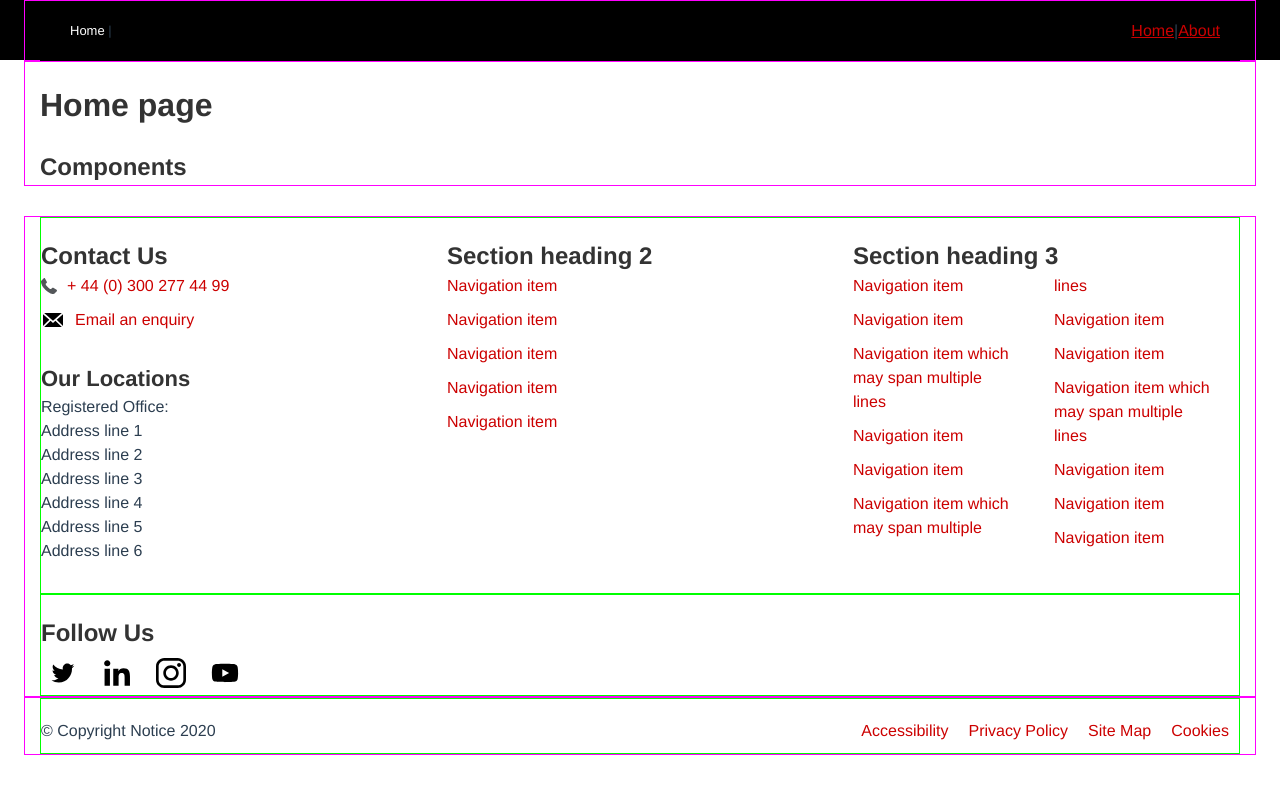
Repository: DaveBaulch/spa
Page: /
An editor plug-in stored every save of this project. The page is shown before and after the next save, followed by the edit.
The browser window is 1280 px wide. The pictures show the whole page.
The project was rebuilt for these pictures with package versions that can differ from the ones it lists, and the page was loaded fresh each time. Also part of the build but not shown: src/assets/styles/main.css.

Above is the page before, as saved 2020-10-13 12:26:33.

### src/App.vue
<template>
  <div id="app">

    <TheHeader @sidenavToggle="displaySidenav = !displaySidenav" />
    <TheSidenav
      :show="displaySidenav"
      @close="displaySidenav = false" />
    <nuxt/>

    <router-view />

    <TheFooter />

  </div>
</template>

<script>
import TheHeader from './components/global/TheHeader.vue';
import TheSidenav from '@/components/global/TheSidenav'
import TheFooter from '@/components/global/TheFooter'

export default {
  components: {
    TheHeader,
    TheSidenav,
    TheFooter
  },
  data() {
    return {
      displaySidenav: false
    }
  }
};
</script>

<style lang="scss">
#app {
  font-family: Avenir, Helvetica, Arial, sans-serif;
  -webkit-font-smoothing: antialiased;
  -moz-osx-font-smoothing: grayscale;
  text-align: left;
  color: #2c3e50;
}

#nav {
  padding: 30px;

  a {
    font-weight: bold;
    color: #2c3e50;

    &.router-link-exact-active {
      color: #42b983;
    }
  }
}
</style>

### src/assets/sass/_base-styles.scss

@import 'utilities/variables';
@import 'utilities/mixins';
@import 'utilities/animations';

@import 'base/fonts';
@import 'base/resets';
@import 'base/elements';
@import 'base/typography';
@import 'base/forms';

@import 'helpers/text';
@import 'helpers/layout';
@import 'helpers/spacing';
@import 'helpers/colors';

### src/components/global/TheHeader.vue
<template>
<div class="header-container">
  <div class="container">
    <header class="the-header">
      <TheSideNavToggle @toggle="$emit('sidenavToggle')" />
      <div class="logo">
        <router-link to="/">Home</router-link> |
      </div>
      <div class="navigation-items">
        <ul class="nav-list">
          <router-link to="/">Home</router-link> |
          <router-link to="/about">About</router-link>
        </ul>
      </div>
    </header>
  </div>
</div>
</template>

<script>
import TheSideNavToggle from "@/components/global/TheSideNavToggle";

export default {
  name: "TheHeader",
  components: {
    TheSideNavToggle
  }
};
</script>

<style scoped lang="scss">
@import '../../assets/sass/utilities/_variables.scss';
@import '../../assets/sass/utilities/_mixins.scss';


.header-container {
  width: 100%;
  height: 60px;
  background-color: $black;
  position: fixed;
  z-index: 100;

  @include breakpoint(md) {
    position: relative;
  }
}

.the-header {
  width: 100%;
  height: 60px;
  display: flex;
  justify-content: space-between;
  align-items: center;
  background-color: $black;
  box-sizing: border-box;
  padding: 0 20px;
}

@include breakpoint(md) {
  .the-header {
    position: relative;
  }
}

.logo {
  margin: 0 10px;
  font-size: 1.3rem;
}

.logo a {
  text-decoration: none;
  color: $white;
}

.navigation-items {
  display: none;
}

@include breakpoint(md) {
  .navigation-items {
    display: block;
  }
}

.nav-list {
  list-style: none;
  padding: 0;
  margin: 0;
  display: flex;
}

.nav-item {
  margin: 0 10px;
}

.nav-item a {
  text-decoration: none;
  color: $white;
}

</style>

### src/components/global/TheSidenav.vue
<template>
<div class="sidenav-container">
  <div
    v-if="show"
    class="sidenav-backdrop"
    @click="$emit('close')"></div>
  <transition name="slide-side">
    <div
      v-if="show"
      class="sidenav">
      <ul
        class="nav-list"
        @click="$emit('close')">
        <li class="nav-item"><router-link to="/">Home</router-link></li>
        <li class="nav-item"><router-link to="/about">About</router-link></li>
      </ul>
    </div>
  </transition>
</div>
</template>

<script>
export default {
  name: "TheSidenav",
  props: {
    show: {
      type: Boolean,
      default: false
    }
  }
};
</script>


<style scoped>
.sidenav-container {
  height: 100%;
  width: 100%;
}

.sidenav-backdrop {
  width: 100%;
  height: 100%;
  background-color: rgba(0, 0, 0, 0.7);
  z-index: 1000;
  position: fixed;
  top: 0;
  left: 0;
}

.sidenav {
  height: 100%;
  width: 300px;
  background-color: white;
  z-index: 10000;
  position: fixed;
  top: 0;
  left: 0;
  box-sizing: border-box;
  padding: 30px;
}

.slide-side-enter-active,
.slide-side-leave-active {
  transition: all 0.3s ease-out;
}
.slide-side-enter,
.slide-side-leave-to {
  transform: translateX(-100%);
}

.nav-list {
  list-style: none;
  padding: 0;
  margin: 0;
}

.nav-item {
  margin: 20px 0;
}

.nav-item a {
  text-decoration: none;
  color: black;
  font-size: 1.5rem;
}

.nav-item a:hover,
.nav-item a:active {
  color: red;
}
</style>

### src/components/global/TheFooter.vue
<template>
    <div class="footer-wrapper">

      <footer class="footer" id="footer" role="contentinfo">

        <div class="container">

          <div class="row">

            <div class="footer__col footer__col--1">

              <div class="footer__sub1">
                <h2>Contact Us</h2>

                <nav aria-label="Contact items">

                  <ul class="footer-nav">

                    <li class="footer-nav__item">
                      <img src="@/assets/images/svg/icon-phone.svg" class="footer-nav__item-icon" />
                      <a href="tel:+44(0)3002774499" class="footer-nav__link">+ 44 (0) 300 277 44 99</a>
                    </li>

                    <li class="footer-nav__item">
                      <img src="@/assets/images/svg/icon-mail.svg" class="footer-nav__item-icon" />
                      <a href="mailto:" class="footer-nav__link">Email an enquiry</a>
                    </li>

                  </ul>

                </nav>

              </div>

              <div class="footer__sub2">
                <h3>Our Locations</h3>
                Registered Office:<br>
                Address line 1<br>
                Address line 2<br>
                Address line 3<br>
                Address line 4<br>
                Address line 5<br>
                Address line 6<br>
              </div>

            </div>

            <div class="footer__col footer__col--2">

              <h2>Section heading 2</h2>
              <nav aria-label="Section heading 2 Navigation">
                <ol class="footer-nav">
                  <li class="footer-nav__item">
                    <a href="" class="footer-nav__link">Navigation item</a>
                  </li>
                  <li class="footer-nav__item">
                    <a href="" class="footer-nav__link">Navigation item</a>
                  </li>
                  <li class="footer-nav__item">
                    <a href="" class="footer-nav__link">Navigation item</a>
                  </li>
                  <li class="footer-nav__item">
                    <a href="" class="footer-nav__link">Navigation item</a>
                  </li>
                  <li class="footer-nav__item">
                    <a href="" class="footer-nav__link">Navigation item</a>
                  </li>
                </ol>
              </nav>

            </div>

            <div class="footer__col footer__col--3">

              <h2>Section heading 3</h2>
              <nav aria-label="Section heading 3 Navigation">
                <ol class="footer-nav footer-nav--2col">
                  <li class="footer-nav__item">
                    <a href="" class="footer-nav__link">Navigation item</a>
                  </li>
                  <li class="footer-nav__item">
                    <a href="" class="footer-nav__link">Navigation item</a>
                  </li>
                  <li class="footer-nav__item">
                    <a href="" class="footer-nav__link">Navigation item which may span multiple lines</a>
                  </li>
                  <li class="footer-nav__item">
                    <a href="" class="footer-nav__link">Navigation item</a>
                  </li>
                  <li class="footer-nav__item">
                    <a href="" class="footer-nav__link">Navigation item</a>
                  </li>
                  <li class="footer-nav__item">
                    <a href="" class="footer-nav__link">Navigation item which may span multiple lines</a>
                  </li>
                  <li class="footer-nav__item">
                    <a href="" class="footer-nav__link">Navigation item</a>
                  </li>
                  <li class="footer-nav__item">
                    <a href="" class="footer-nav__link">Navigation item</a>
                  </li>
                  <li class="footer-nav__item">
                    <a href="" class="footer-nav__link">Navigation item which may span multiple lines</a>
                  </li>
                  <li class="footer-nav__item">
                    <a href="" class="footer-nav__link">Navigation item</a>
                  </li>
                  <li class="footer-nav__item">
                    <a href="" class="footer-nav__link">Navigation item</a>
                  </li>
                  <li class="footer-nav__item">
                    <a href="" class="footer-nav__link">Navigation item</a>
                  </li>
                </ol>
              </nav>

            </div>

          </div>

          <div class="row">

            <TheSocialSharing />

          </div>

        </div>


        <div class="container">

          <div class="row">

            <div class="copyright-notice-wrapper">
              <p class="copyright-notice">&copy; Copyright Notice 2020</p>
            </div>

            <div class="footer-links-wrapper">

              <ul class="footer-links">
                <li class="footer-links__item"><a href="/contact-us/" class="footer-links__link">Accessibility</a></li>
                <li class="footer-links__item"><a href="/privacy-policy/" class="footer-links__link">Privacy Policy</a></li>
                <li class="footer-links__item"><a href="/site-map/" class="footer-links__link">Site Map</a></li>
                <li class="footer-links__item"><a href="/faqs/" class="footer-links__link">Cookies</a></li>
              </ul>

            </div>

          </div>

        </div>

      </footer>

    </div>
</template>

<script>
import TheSocialSharing from '@/components/global/TheSocialSharing.vue';

export default {
  name: "TheFooter",
  components: {
    TheSocialSharing
  }
};
</script>


<style scoped lang="scss">
@import '../../assets/sass/utilities/_variables.scss';
@import '../../assets/sass/utilities/_mixins.scss';

footer-wrapper {
  background-color: $grey-lighter;
}

.footer {
  margin: 0 auto;
  padding: 3rem 0;
}

.footer__col {
  margin: 0 0 2rem 0;
}

.footer__col--1 {
  grid-column: 1 / 13;

  @include breakpoint(sm) {
    grid-column: 1 / 7;
  }

  @include breakpoint(lg) {
    grid-column: 1 / 5;
  }
}

.footer__col--2 {
  grid-column: 1 / 13;

  @include breakpoint(sm) {
   grid-column: 7 / 13;
  }

  @include breakpoint(lg) {
    grid-column: 5 / 9;
  }
}

.footer__col--3 {
  grid-column: 1 / 13;

  @include breakpoint(lg) {
    grid-column: 9 / 13;
  }
}

.footer__sub1 {
  margin: 0 0 3rem 0;
}

.footer__sub2 {
  margin: 0 0 1rem 0;
}

// footer nav lists
.footer-nav {
  margin: 0 auto;
  list-style: none;
}

.footer-nav__item {
  margin: 0 0 1rem 0;
  padding: 0;
  display: flex;
}

.footer-nav__item-icon {
  margin-right: 1rem;
}

.footer-nav__link {
  text-decoration: none;

  &:hover,
  &:focus {
    color: $color-link-hover;
    text-decoration: underline;
  }
}

.footer-nav--2col {

  @include breakpoint(md) {
    column-count: 2;
  }

  .footer-nav__item {
    @include breakpoint(md) {
      padding: 0 2rem 0 0;
    }
  }

  .footer-nav__item-icon {
    margin-right: 1rem;
  }
}

.copyright-notice-wrapper{
  grid-column: 1 / 13;

  @include breakpoint(lg) {
    grid-column: 1 / 4;
  }
}


.footer-links-wrapper {
  grid-column: 1 / 13;

  @include breakpoint(lg) {
    grid-column: 4 / 13;
  }
}

.footer-links {
  margin: 0 auto;
  list-style: none;

  @include breakpoint(lg) {
    display: flex;
    justify-content: flex-end;
    margin-top: 2rem;
  }
}

.footer-links__item {
  margin: 0 1rem 1rem 1rem;
}

.footer-links__link {
  display: block;
  text-decoration: none;

  &:hover,
  &:focus {
    color: $color-link-hover;
    text-decoration: underline;
  }
}

</style>

### src/views/Home.vue
<template>
  <div class="container home">
    <h1>Home page</h1>

    <h2>Components</h2>


  </div>
</template>

<script>
// @ is an alias to /src
// import HelloWorld from "@/components/HelloWorld.vue";

export default {
  name: "Home",
  components: {
    // HelloWorld
  }
};
</script>

### src/assets/sass/utilities/_variables.scss
// -------------------------
// 'true' is default
//  setting this creates extra responsive classes targetting defined breakpoints
//  eg the 'visually-hidden' mixin
$responsive: true !default;

// Custom 'brand' fonts
$font: 'Open Sans', sans-serif; //Available weights 400,600,700

$font-weight-light: 400;
$font-weight-normal: 400;
$font-weight-bold: 700;

// Let's set the base font size to 62.5% (10px) for easier calculations
$base-font-size: 62.5%;
$base-line-height: 1.5 !default;

$body-font-desktop: 1.6rem; // = 16px
$body-font-mobile: 1.6rem; // = 16px

// Breakpoints
// -------------------------

// Named breakpoints
$breakpoint-xs: 320px;
$breakpoint-sm: 576px;
$breakpoint-md: 768px;
$breakpoint-lg: 992px;
$breakpoint-xl: 1200px;

$xs-min: 0;
$xs-max: ($breakpoint-sm - 1);

$sm-min: $breakpoint-sm;
$sm-max: ($breakpoint-md - 1);

$md-min: $breakpoint-md;
$md-max: ($breakpoint-lg - 1);

$lg-min: $breakpoint-lg;
$lg-max: ($breakpoint-xl - 1);

$xl-min: $breakpoint-xl;

// Colors
// -------------------------

// Base colors
$white: #fff;
$black: #000;

$grey-dark: #616161;
$grey-light: #ddd;
$grey-lighter: #eee;

$blue: #06c;
$green: #298700;
$red: #db1731;

// Background color
$body-bg-color: #fff !default;

// Brand colors
$brand-color-1: $grey-light;

// Text colors
$color-text: #333;
$color-headings: #333;
$color-error: #eee;

// Link colors
$color-link-active: #c00;
$color-link-visited: #c00;
$color-link-hover: #333;
$color-link-focus: #d4d4d4;
$color-link-disabled: #d4d4d4;

// Form colors
$color-invalid: #f0dddd;

// Borders
// -------------------------

// Border colors
$color-border: $grey-light;
$color-border-dark: $grey-dark;
$color-border-light: $grey-lighter;

// Border styling
$border-radius: 5px;
$border-width: 1px;
$border-style: solid;
$border-color: $color-border;

$border: $border-width $border-style $border-color;

// Focus state styling
$focus-outline-width: 2px;
$focus-outline-style: solid;
$focus-outline-color: $red;
$focus-outline: $focus-outline-width $focus-outline-style $focus-outline-color;
$focus-outline-offset: 0;

// Default projext transitions
$transition-speed: 0.4s;
$transition-easing: ease;

// some different speed variables
$transition-speed-slow: 1.2s;
$transition-speed-medium: 0.8s;
$transition-speed-fast: 0.2s;

// z-index scale (private vars)
// Do not edit the z-index scale!
// --------------------------------------------------
$z-index-1: 100;
$z-index-2: 200;
$z-index-3: 300;
$z-index-4: 400;
$z-index-5: 500;
$z-index-6: 600;
$z-index-7: 700;
$z-index-8: 800;
$z-index-9: 900;
$z-index-10: 1000;

### src/assets/sass/utilities/_mixins.scss
@mixin fill {
  width: 100%;
  height: 100%;
}

@mixin imageCover {
  object-fit: cover;
  @include fill;
}

@mixin absoluteFill {
  display: block;
  position: absolute;
  top: 0;
  left: 0;
  @include fill;
}

@mixin textGradient($top: $brand-primary, $bottom: $brand-light) {
  background: linear-gradient($top, $bottom);
  background-clip: text;
  -webkit-text-fill-color: transparent;
}

// accessible text
@mixin sr-only {
  border: 0 !important;

  height: 1px !important;
  margin: (-1px) !important;
  overflow: hidden !important;
  padding: 0 !important;
  position: absolute !important;
  width: 1px !important;
}

// breakpoints
// uses breakpoints defined in variables.scss
@mixin breakpoint($point, $value: 0) {
  @if $point==xs {
    @media screen and (max-width: $xs-max) {
      @content;
    }
  } @else if $point==sm {
    @media screen and (min-width: $sm-min) {
      @content;
    }
  } @else if $point==md {
    @media screen and (min-width: $md-min) {
      @content;
    }
  } @else if $point==lg {
    @media screen and (min-width: $lg-min) {
      @content;
    }
  } @else if $point==xl {
    @media screen and (min-width: $xl-min) {
      @content;
    }
  } @else {
    @media screen and ($point: $value) {
      @content;
    }
  }
}

@mixin between-breakpoints($min, $max) {
  @media screen and (min-width: $min) and (max-width: $max) {
    @content;
  }
}

@mixin full-width {
  width: 100vw;
  position: relative;
  left: 50%;
  right: 50%;
  margin-left: -50vw;
  margin-right: -50vw;
}

### src/assets/sass/utilities/_animations.scss
@keyframes fadeIn {
    from {
      opacity: 0;
      visibility: hidden;
    }
    to {
      opacity: 1;
      visibility: visible;
    }
  }

@keyframes fadeOut {
    from {
      opacity: 1;
      visibility: visible;
    }
    to {
      opacity: 0;
      visibility: hidden;
    }
  }

@keyframes slideTop {
  0% {
    transform: translateY(100px);
  }
  100% {
    transform: translateY(0);
  }
}

@mixin fadeIn($duration: 0.3s) {
  animation: {
    name: fadeIn;
    fill-mode: forwards;
    duration: #{$duration};
  }
}

@mixin fadeOut($duration: 0.3s) {
  animation: {
    name: fadeOut;
    fill-mode: forwards;
    duration: #{$duration};
  }
}

### src/assets/sass/base/_fonts.scss
// @font-face {
//   font-family: 'hurme';
//   src: url('~assets/fonts/hurme/hurme-light.otf') format('opentype');
//   font-weight: $font-weight-light;
// }

// @font-face {
//   font-family: 'hurme';
//   src: url('~assets/fonts/hurme/hurme-regular.otf') format('opentype');
//   font-weight: $font-weight-normal;
// }

// @font-face {
//   font-family: 'hurme';
//   src: url('~assets/fonts/hurme/hurme-semiBold.otf') format('opentype');
//   font-weight: $font-weight-bold;
// }

### src/assets/sass/base/_resets.scss
html {
  //Prevent iOS input highlighting
  box-sizing: border-box;
  font-size: $base-font-size;
  -webkit-tap-highlight-color: rgba(0, 0, 0, 0);
}

body {
  -moz-osx-font-smoothing: grayscale;
  -webkit-font-smoothing: antialiased;
  background-color: $body-bg-color;
  color: $color-text;
  font-size: $body-font-mobile;
  line-height: $base-line-height;
  text-align: left;
  margin: 0;
  padding: 0;
  font-weight: $font-weight-light;

  @include breakpoint(lg) {
    font-size: $body-font-desktop;
  }
}

html,
body {
  max-width: 100% !important;
  overflow-x: hidden !important;
}

img {
  display: block;
  height: auto;
  -ms-interpolation-mode: bicubic;
  // option to make images responsive by default
  max-width: 100%;
}

### src/assets/sass/base/_elements.scss
button {
  cursor: pointer;
  margin: 0;
}

img {
  max-width: 100%;
  pointer-events: none;

  &:not([src]) {
    visibility: hidden;
  }
}

a {
  text-decoration: none;
  color: inherit;
}

ul:not([class]) {
  list-style: disc;
}

ol:not([class]) {
  list-style: decimal;
}

### src/assets/sass/base/_typography.scss
body {
  font-family: $font;
  font-weight: $font-weight-normal;
}

// Generic heading styling

h1,
h2,
h3,
h4,
h5 {
  margin: 0;
  padding: 0;
  margin-top: 2rem;
  color: $color-headings;
  font-weight: $font-weight-bold;
}

h1 {
  font-size: 3rem;

  @include breakpoint(lg) {
    font-size: 3.2rem;
  }
}

h2 {
  font-size: 2.2rem;

  @include breakpoint(lg) {
    font-size: 2.4rem;
  }
}

h3 {
  font-size: 2rem;

  @include breakpoint(lg) {
    font-size: 2.2rem;
  }
}

h4 {
  font-size: 1.8rem;

  @include breakpoint(lg) {
    font-size: 2rem;
  }
}

h5 {
  font-size: 1.6rem;

  @include breakpoint(lg) {
    font-size: 1.8rem;
  }
}

// Link styles

a {
  color: $color-link-active;
  text-decoration: underline;
}

a:visited {
  color: $color-link-visited;
}

a:hover {
  color: $color-link-hover;
}

a:focus {
  color: $color-link-hover;
  outline: $focus-outline;
}

// Standard text paragraphs

p {
  margin: 2rem 0 0 0;
  padding: 0;
}

// List styles
ol,
ul {
  margin: 0;
  padding: 0;
  list-style: none;

  &:not([class]) {
    margin: 0 1.22rem 0.8rem 1.5rem;
    list-style-position: inside;
  }
}

ol:not([class]) {
  list-style-type: decimal;
}

ul:not([class]) {
  list-style-type: disc;
}

// Definition list styles

dl {
}

dt {
  font-weight: bold;
}

// Opinionated styling of typographic elements

hr {
  height: 1px;
  margin: 1em 0;
  padding: 0;
  display: block;
  border: 0;
  border-top: 1px solid $grey-light;
}

blockquote {
  margin: 0;
  padding: 0 10px;
}

ins {
  background: $red;
  color: $black;
  text-decoration: none;
}

mark {
  font-style: italic;
  font-weight: bold;
}

pre {
  white-space: pre-wrap;
  word-wrap: break-word;
}

### src/assets/sass/helpers/_text.scss
.uppercase {
  text-transform: uppercase;
}

.font-light {
  font-weight: $font-weight-light;
}

.font-normal {
  font-weight: $font-weight-normal;
}

.font-bold {
  font-weight: $font-weight-bold;
}

.sr-only {
  @include sr-only;
}

### src/assets/sass/helpers/_layout.scss
.container {
  width: 100%;
  max-width: 1200px;
  margin: 0 auto;
  padding: 0;
  position: relative;
  border: 1px solid #f0f;
  padding: 0 15px;
}

.row {
  display: grid;
  grid-template-columns: repeat(12, 1fr);
  grid-gap: 20px;
  border: 1px solid lime;
}

### src/assets/sass/helpers/_spacing.scss
.no-padding {
  padding: 0;
}

.no-margin {
  margin: 0;
}

### src/assets/sass/helpers/_colors.scss
// .bg-white {
//   background-color: $brand-white;
// }
// .bg-white-alt {
//   background-color: $brand-white-alt;
// }
// .bg-black {
//   background-color: $brand-black;
// }
// .bg-primary {
//   background-color: $brand-primary;
// }
// .bg-primary-alt {
//   background-color: $brand-primary-alt;
// }
// .bg-dark {
//   background-color: $brand-dark;
// }
// .bg-dark-alt {
//   background-color: $brand-dark-alt;
// }
// .bg-light {
//   background-color: $brand-lightest;
// }
// .bg-light-alt {
//   background-color: $brand-light-alt;
// }

### src/components/global/TheSocialSharing.vue
<template>
  <div class="social-links-wrapper">
    <h2 class="social-links-title">Follow Us</h2>
    <ul class="social-links">
      <li class="social-links__item">
        <TheSocialSharingItem>
          <img src="@/assets/images/svg/icon-twitter.svg" width="30" height="30" />
          <span class="sr-only">Twitter</span>
        </TheSocialSharingItem>
      </li>
      <li class="social-links__item">
        <TheSocialSharingItem>
          <img src="@/assets/images/svg/icon-linkedin.svg" width="30" height="30" />
          <span class="sr-only">LinkedIn</span>
        </TheSocialSharingItem>
      </li>
      <li class="social-links__item">
        <TheSocialSharingItem>
          <img src="@/assets/images/svg/icon-instagram.svg" width="30" height="30" />
          <span class="sr-only">Instagram</span>
        </TheSocialSharingItem>
      </li>
      <li class="social-links__item">
        <TheSocialSharingItem href="https://www.youtube.com/">
          <img src="@/assets/images/svg/icon-youtube.svg" width="30" height="30" />
          <span class="sr-only">You Tube</span>
        </TheSocialSharingItem>
      </li>
    </ul>
  </div>
</template>

<script>
import TheSocialSharingItem from "@/components/global/TheSocialSharingItem";

export default {
  name: "TheSocialSharing",
  components: {
    TheSocialSharingItem,
  },
  data() {
  },
};
</script>

<style scoped lang="scss">
@import '../../assets/sass/utilities/_variables.scss';

.social-links {
  margin: 0 auto;
  list-style: none;
  display: flex;
}

.social-links__item {
  margin: 0 1rem 0 0;
}

</style>

### src/components/global/TheSocialSharingItem.vue
<template>
  <a :href="href"
    class="social-sharing-item"
    ><slot /></a>
</template>

<script>
export default {
  name: 'TheSocialSharingItem',
  props: {
    href: {
      type: String,
      default: ''
    }
  }
}
</script>


<style scoped lang="scss">
@import '../../assets/sass/utilities/_variables.scss';

.social-sharing-item {
  display: flex;
  align-items: center;
  justify-content: center;
  width: 44px;
  height: 44px;

  &:hover,
  &:focus {
    color: $color-link-hover;
    text-decoration: underline;
  }
}
</style>

Loaded but not shown: public/index.html (common file); src/registerServiceWorker.js (common file); src/router/index.js (common file); src/store/index.js (common file); src/components/global/TheSideNavToggle.vue (common file); src/main.js (17 lines, source omitted); src/assets/sass/base/_forms.scss (498 lines, source omitted)

After the next save:
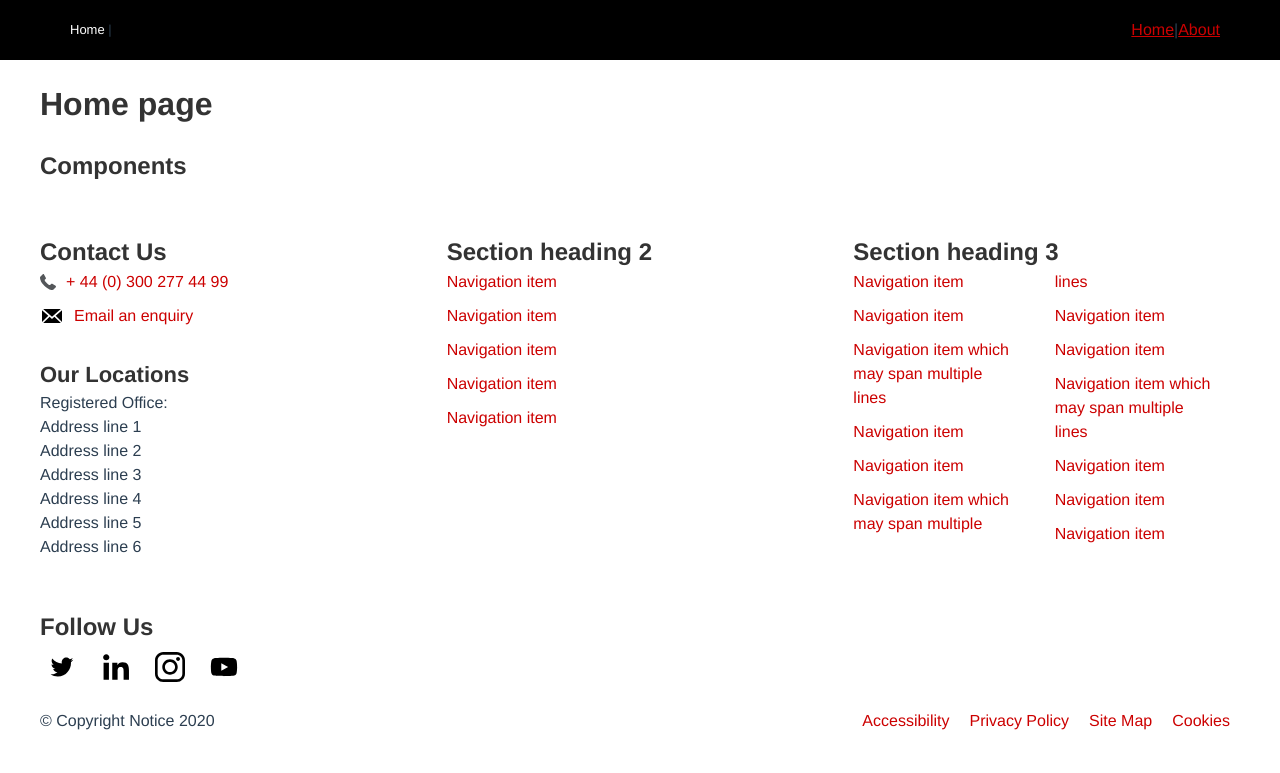
Saved 32 s later.
--- a/src/assets/sass/helpers/_layout.scss
+++ b/src/assets/sass/helpers/_layout.scss
@@ -4,7 +4,7 @@
   margin: 0 auto;
   padding: 0;
   position: relative;
-  border: 1px solid #f0f;
+  // border: 1px solid #f0f;
   padding: 0 15px;
 }
 
@@ -12,5 +12,5 @@
   display: grid;
   grid-template-columns: repeat(12, 1fr);
   grid-gap: 20px;
-  border: 1px solid lime;
+  // border: 1px solid lime;
 }
